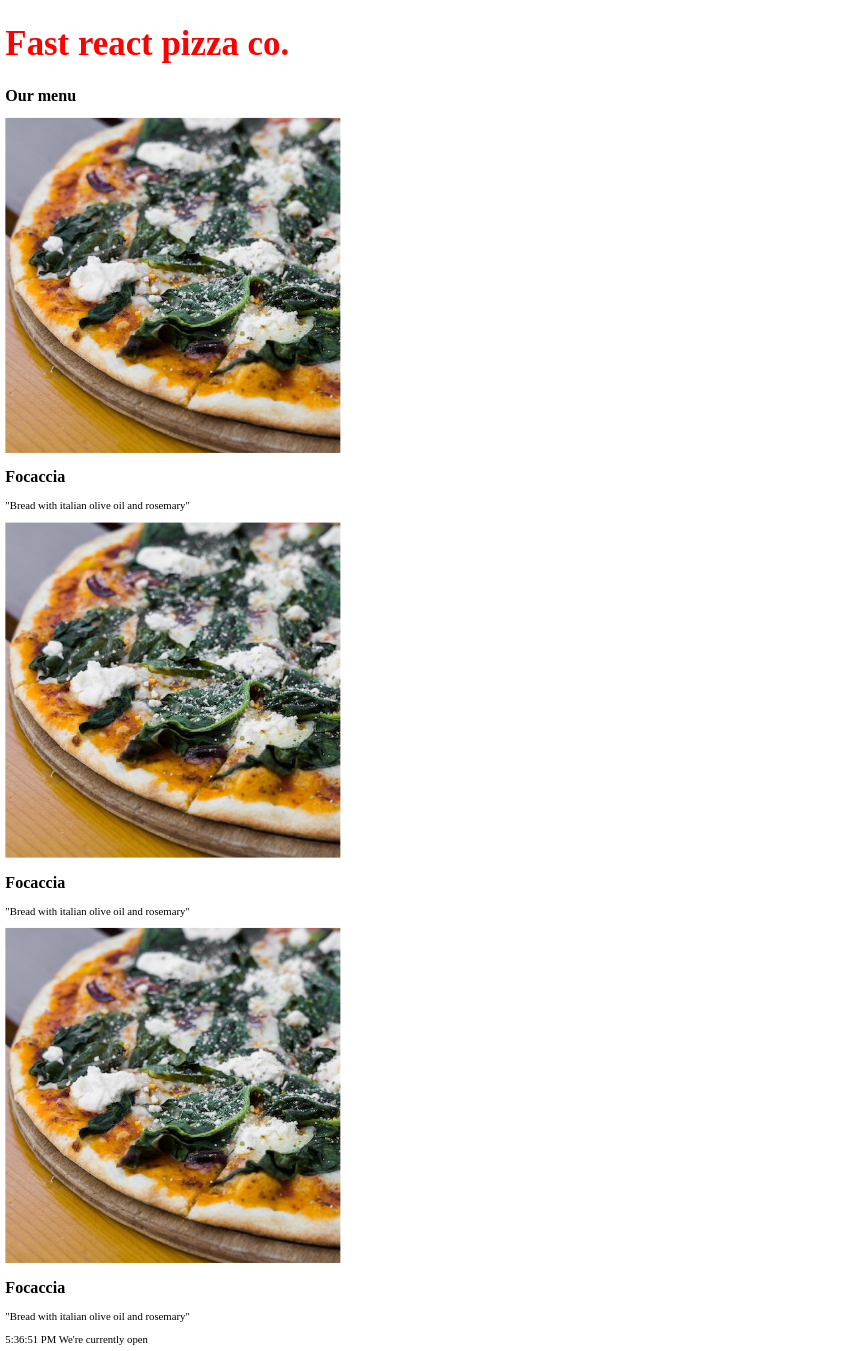
Repository: ahmedharidy/First-React-App
Page: /
These files come from the project's save history. The page is drawn as it stood at one moment and after the next save; the edit follows.
The browser window is 1280 px wide. The pictures show the whole page, at 67% of full size.
The project was rebuilt for these pictures with package versions that can differ from the ones it lists, and the page was loaded fresh each time.

Above is the page before, as saved 2026-09-22 09:06:35.

After the next save:
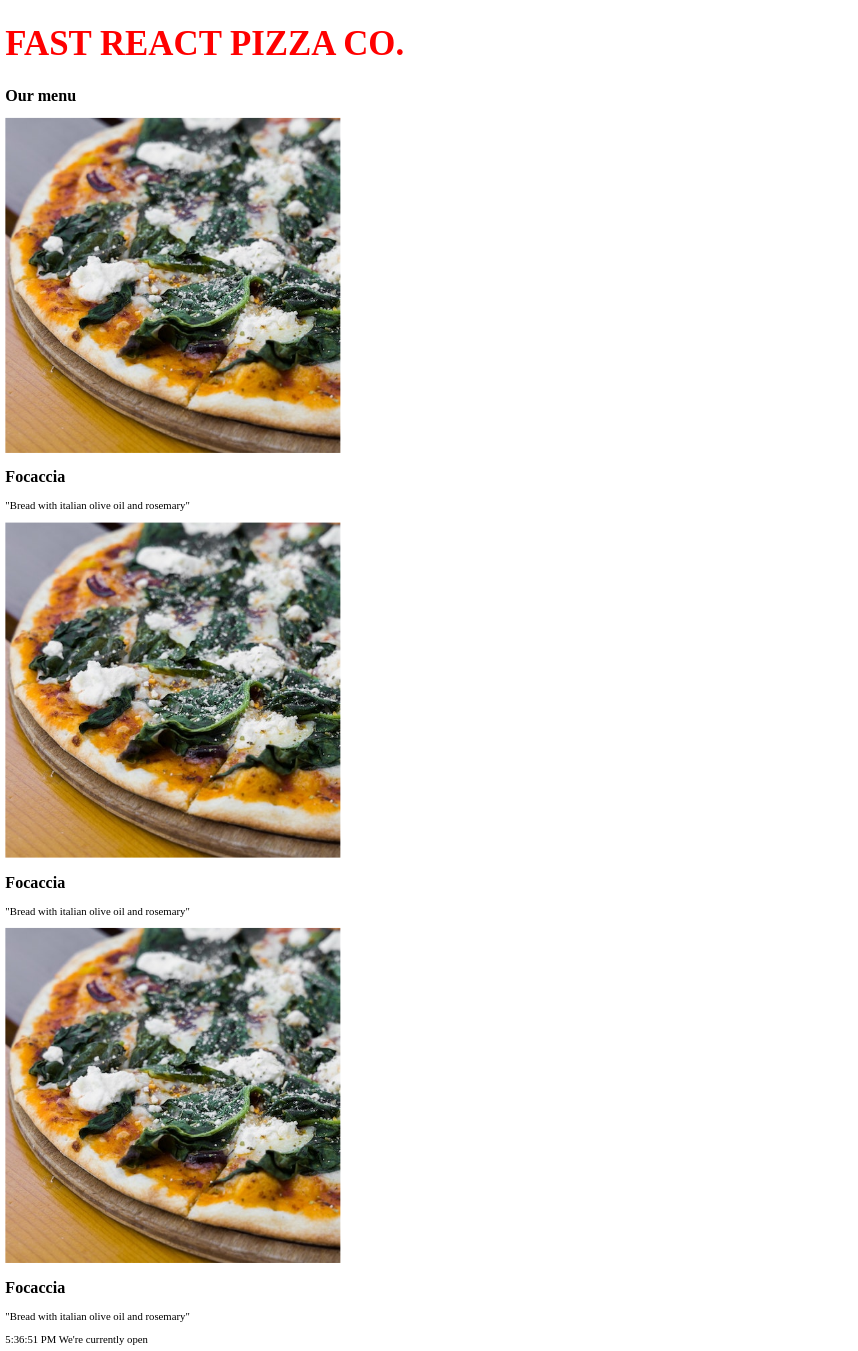
Saved 15 s later.
--- a/src/index.js
+++ b/src/index.js
@@ -67,7 +67,9 @@ function Pizza() {
 
 function Header() {
   return (
-    <h1 style={{ color: "red", fontSize: "52px" }}>Fast react pizza co.</h1>
+    <h1 style={{ color: "red", fontSize: "52px", textTransform: "uppercase" }}>
+      Fast react pizza co.
+    </h1>
   );
 }
 function Menu() {
